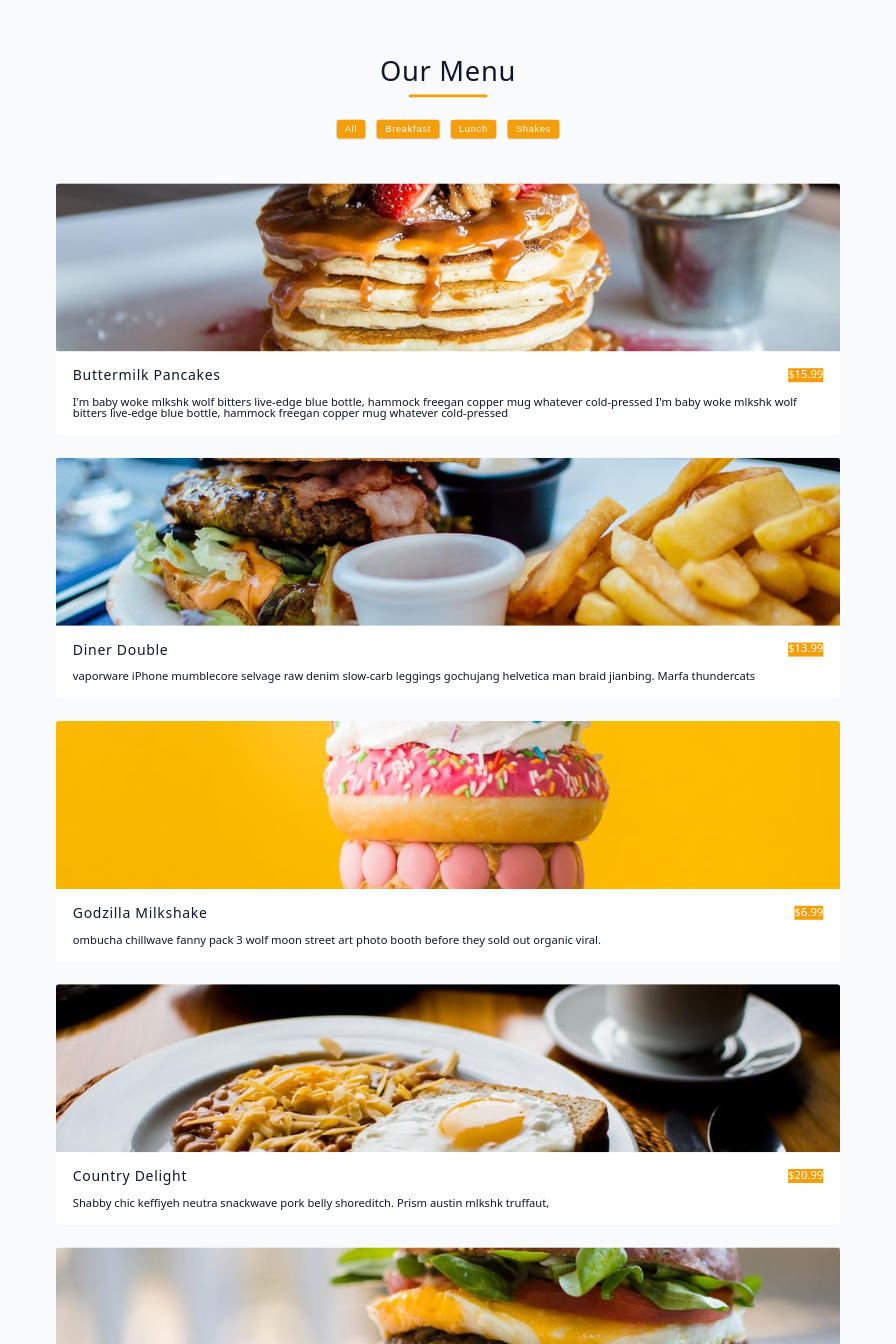
Repository: dydals3440/React-Projects
Page: / (app in 04-fundamental-projects/05-menu/starter/)
The author's editor kept a copy of each file at every save. The page is drawn from the files as they stood at one save, then again after the next save.
The browser window is 1280 px wide. The pictures show the part of the page from y = 0 to 1920 px (the page is 3710 px tall before and 3746 px after), at 70% of full size.
The project was rebuilt for these pictures with package versions that can differ from the ones it lists, and the page was loaded fresh each time. Also part of the build but not shown: 04-fundamental-projects/05-menu/starter/vite.config.js.

Above is the page before, as saved 2023-09-07 13:59:53.

### 04-fundamental-projects/05-menu/starter/src/App.jsx
import { useState } from 'react';
import Title from './Title';
import menu from './data';
import Menu from './Menu';
import Categories from './Categories';

// const tempCategories = menu.map((item) => item.category);
// // 중복된 카테고리를 제외!
// const tempSet = new Set(tempCategories);
// const tempItems = ['all', ...tempSet];
// console.log(tempItems);

const allCategories = ['all', ...new Set(menu.map((item) => item.category))];

const App = () => {
  const [menuItems, setMenuItems] = useState(menu);
  const [categories, setCategories] = useState(allCategories);
  const filterItems = (category) => {
    if (category === 'all') {
      setMenuItems(menu);
      return;
    }
    const newItems = menu.filter((item) => item.category === category);
    setMenuItems(newItems);
  };

  return (
    <main>
      <section className='menu'>
        <Title text='our menu' />
        <Categories categories={categories} filterItems={filterItems} />
        <Menu items={menuItems} />
      </section>
    </main>
  );
};
export default App;

### 04-fundamental-projects/05-menu/starter/src/index.css
/* ============= GLOBAL CSS =============== */

*,
::after,
::before {
  margin: 0;
  padding: 0;
  box-sizing: border-box;
}

html {
  font-size: 100%;
} /*16px*/

:root {
  /* colors */
  --primary-100: #fef3c7;
  --primary-200: #fde68a;
  --primary-300: #fcd34d;
  --primary-400: #fbbf24;
  --primary-500: #f59e0b;
  --primary-600: #d97706;
  --primary-700: #b45309;
  --primary-800: #92400e;
  --primary-900: #78350f;

  /* grey */
  --grey-50: #f8fafc;
  --grey-100: #f1f5f9;
  --grey-200: #e2e8f0;
  --grey-300: #cbd5e1;
  --grey-400: #94a3b8;
  --grey-500: #64748b;
  --grey-600: #475569;
  --grey-700: #334155;
  --grey-800: #1e293b;
  --grey-900: #0f172a;
  /* rest of the colors */
  --black: #222;
  --white: #fff;
  --red-light: #f8d7da;
  --red-dark: #842029;
  --green-light: #d1e7dd;
  --green-dark: #0f5132;

  --small-text: 0.875rem;
  --extra-small-text: 0.7em;
  /* rest of the vars */
  --backgroundColor: var(--grey-50);
  --textColor: var(--grey-900);
  --borderRadius: 0.25rem;
  --letterSpacing: 1px;
  --transition: 0.3s ease-in-out all;
  --max-width: 1120px;
  --fixed-width: 600px;

  /* box shadow*/
  --shadow-1: 0 1px 3px 0 rgba(0, 0, 0, 0.1), 0 1px 2px 0 rgba(0, 0, 0, 0.06);
  --shadow-2: 0 4px 6px -1px rgba(0, 0, 0, 0.1),
    0 2px 4px -1px rgba(0, 0, 0, 0.06);
  --shadow-3: 0 10px 15px -3px rgba(0, 0, 0, 0.1),
    0 4px 6px -2px rgba(0, 0, 0, 0.05);
  --shadow-4: 0 20px 25px -5px rgba(0, 0, 0, 0.1),
    0 10px 10px -5px rgba(0, 0, 0, 0.04);
}

body {
  background: var(--backgroundColor);
  font-family: system-ui, -apple-system, BlinkMacSystemFont, 'Segoe UI', Roboto,
    Oxygen, Ubuntu, Cantarell, 'Open Sans', 'Helvetica Neue', sans-serif;
  font-weight: 400;
  line-height: 1;
  color: var(--textColor);
}
p {
  margin: 0;
}
h1,
h2,
h3,
h4,
h5 {
  margin: 0;
  font-family: var(--headingFont);
  font-weight: 400;
  line-height: 1;
  text-transform: capitalize;
  letter-spacing: var(--letterSpacing);
}

h1 {
  font-size: 3.052rem;
}

h2 {
  font-size: 2.441rem;
}

h3 {
  font-size: 1.953rem;
}

h4 {
  font-size: 1.563rem;
}

h5 {
  font-size: 1.25rem;
}

.text {
  margin-bottom: 1.5rem;
  max-width: 40em;
}

small,
.text-small {
  font-size: var(--small-text);
}

a {
  text-decoration: none;
}
ul {
  list-style-type: none;
  padding: 0;
}

.img {
  width: 100%;
  display: block;
  object-fit: cover;
}
/* buttons */

.btn {
  cursor: pointer;
  color: var(--white);
  background: var(--primary-500);
  border: transparent;
  border-radius: var(--borderRadius);
  letter-spacing: var(--letterSpacing);
  padding: 0.375rem 0.75rem;
  box-shadow: var(--shadow-1);
  transition: var(--transition);
  text-transform: capitalize;
  display: inline-block;
}
.btn:hover {
  background: var(--primary-700);
  box-shadow: var(--shadow-3);
}
.btn-hipster {
  color: var(--primary-500);
  background: var(--primary-200);
}
.btn-hipster:hover {
  color: var(--primary-200);
  background: var(--primary-700);
}
.btn-block {
  width: 100%;
}

/* alerts */
.alert {
  padding: 0.375rem 0.75rem;
  margin-bottom: 1rem;
  border-color: transparent;
  border-radius: var(--borderRadius);
}

.alert-danger {
  color: var(--red-dark);
  background: var(--red-light);
}
.alert-success {
  color: var(--green-dark);
  background: var(--green-light);
}
/* form */

.form {
  width: 90vw;
  max-width: var(--fixed-width);
  background: var(--white);
  border-radius: var(--borderRadius);
  box-shadow: var(--shadow-2);
  padding: 2rem 2.5rem;
  margin: 3rem auto;
}
.form-label {
  display: block;
  font-size: var(--small-text);
  margin-bottom: 0.5rem;
  text-transform: capitalize;
  letter-spacing: var(--letterSpacing);
}
.form-input,
.form-textarea {
  width: 100%;
  padding: 0.375rem 0.75rem;
  border-radius: var(--borderRadius);
  background: var(--backgroundColor);
  border: 1px solid var(--grey-200);
}

.form-row {
  margin-bottom: 1rem;
}

.form-textarea {
  height: 7rem;
}
::placeholder {
  font-family: inherit;
  color: var(--grey-400);
}
.form-alert {
  color: var(--red-dark);
  letter-spacing: var(--letterSpacing);
  text-transform: capitalize;
}
/* alert */

@keyframes spinner {
  to {
    transform: rotate(360deg);
  }
}

.loading {
  width: 6rem;
  height: 6rem;
  border: 5px solid var(--grey-400);
  border-radius: 50%;
  border-top-color: var(--primary-500);
  animation: spinner 0.6s linear infinite;
  margin: 0 auto;
}

/* title */

.title {
  text-align: center;
}

.title-underline {
  background: var(--primary-500);
  width: 7rem;
  height: 0.25rem;
  margin: 0 auto;
  margin-top: 1rem;
}
/* ============= PROJECT CSS =============== */
.menu {
  padding: 5rem 0;
}

.btn-container {
  margin: 2rem 0 4rem 0;
  display: flex;
  justify-content: center;
  flex-wrap: wrap;
  gap: 1rem;
}

.section-center {
  width: 90vw;
  margin: 0 auto;
  max-width: var(--max-width);
  display: grid;
  gap: 2rem;
}

.menu-item {
  background: var(--white);
  border-radius: var(--borderRadius);
}

.menu-item .img {
  height: 15rem;
  border-top-right-radius: var(--borderRadius);
  border-top-left-radius: var(--borderRadius);
}

.item-info {
  padding: 1.5rem;
}

.item-info header {
  display: flex;
  justify-content: space-between;
  flex-wrap: wrap;
  gap: 1rem;
  margin-bottom: 1.25rem;
}

.item-info h5 {
  font-weight: 500;
}

.item-price {
  background: var(--primary-500);
  color: var(--white);
}

### 04-fundamental-projects/05-menu/starter/src/Title.jsx
function Title({ text }) {
  return (
    <div className='title'>
      <h2>{text || 'Default Title'}</h2>
      <div className='title-underline'></div>
    </div>
  );
}

export default Title;

### 04-fundamental-projects/05-menu/starter/src/data.js
const menu = [
  {
    id: 1,
    title: 'buttermilk pancakes',
    category: 'breakfast',
    price: 15.99,
    img: '/images/item-1.jpeg',
    desc: `I'm baby woke mlkshk wolf bitters live-edge blue bottle, hammock freegan copper mug whatever cold-pressed I'm baby woke mlkshk wolf bitters live-edge blue bottle, hammock freegan copper mug whatever cold-pressed `,
  },
  {
    id: 2,
    title: 'diner double',
    category: 'lunch',
    price: 13.99,
    img: '/images/item-2.jpeg',
    desc: `vaporware iPhone mumblecore selvage raw denim slow-carb leggings gochujang helvetica man braid jianbing. Marfa thundercats `,
  },
  {
    id: 3,
    title: 'godzilla milkshake',
    category: 'shakes',
    price: 6.99,
    img: '/images/item-3.jpeg',
    desc: `ombucha chillwave fanny pack 3 wolf moon street art photo booth before they sold out organic viral.`,
  },
  {
    id: 4,
    title: 'country delight',
    category: 'breakfast',
    price: 20.99,
    img: '/images/item-4.jpeg',
    desc: `Shabby chic keffiyeh neutra snackwave pork belly shoreditch. Prism austin mlkshk truffaut, `,
  },
  {
    id: 5,
    title: 'egg attack',
    category: 'lunch',
    price: 22.99,
    img: '/images/item-5.jpeg',
    desc: `franzen vegan pabst bicycle rights kickstarter pinterest meditation farm-to-table 90's pop-up `,
  },
  {
    id: 6,
    title: 'oreo dream',
    category: 'shakes',
    price: 18.99,
    img: '/images/item-6.jpeg',
    desc: `Portland chicharrones ethical edison bulb, palo santo craft beer chia heirloom iPhone everyday`,
  },
  {
    id: 7,
    title: 'bacon overflow',
    category: 'breakfast',
    price: 8.99,
    img: '/images/item-7.jpeg',
    desc: `carry jianbing normcore freegan. Viral single-origin coffee live-edge, pork belly cloud bread iceland put a bird `,
  },
  {
    id: 8,
    title: 'american classic',
    category: 'lunch',
    price: 12.99,
    img: '/images/item-8.jpeg',
    desc: `on it tumblr kickstarter thundercats migas everyday carry squid palo santo leggings. Food truck truffaut  `,
  },
  {
    id: 9,
    title: 'quarantine buddy',
    category: 'shakes',
    price: 16.99,
    img: '/images/item-9.jpeg',
    desc: `skateboard fam synth authentic semiotics. Live-edge lyft af, edison bulb yuccie crucifix microdosing.`,
  },
];
export default menu;

### 04-fundamental-projects/05-menu/starter/src/Menu.jsx
import MenuItem from './MenuItem';

const Menu = ({ items }) => {
  return (
    <div className='section-center'>
      {items.map((menuItem) => {
        return <MenuItem key={menuItem.id} {...menuItem} />;
      })}
    </div>
  );
};

export default Menu;

### 04-fundamental-projects/05-menu/starter/src/Categories.jsx
const Categories = ({ categories, filterItems }) => {
  return (
    <div className='btn-container'>
      {categories.map((category) => {
        return (
          <button
            type='button'
            className='btn'
            key={category}
            // 카테고리를 통과해야하기 떄문에 화살표함수 기능을 제공해야함.
            onClick={() => filterItems(category)}
          >
            {category}
          </button>
        );
      })}
    </div>
  );
};

export default Categories;

### 04-fundamental-projects/05-menu/starter/src/MenuItem.jsx
const MenuItem = ({ img, title, price, desc }) => {
  return (
    <article className='menu-item'>
      <img src={img} alt={title} className='img' />
      <div className='item-info'>
        <header>
          <h5>{title}</h5>
          <span className='item-price'>${price}</span>
        </header>
        <p className='item-text'>{desc}</p>
      </div>
    </article>
  );
};

export default MenuItem;

Loaded but not shown: 04-fundamental-projects/05-menu/starter/index.html (common file); 04-fundamental-projects/05-menu/starter/src/main.jsx (common file)

After the next save:
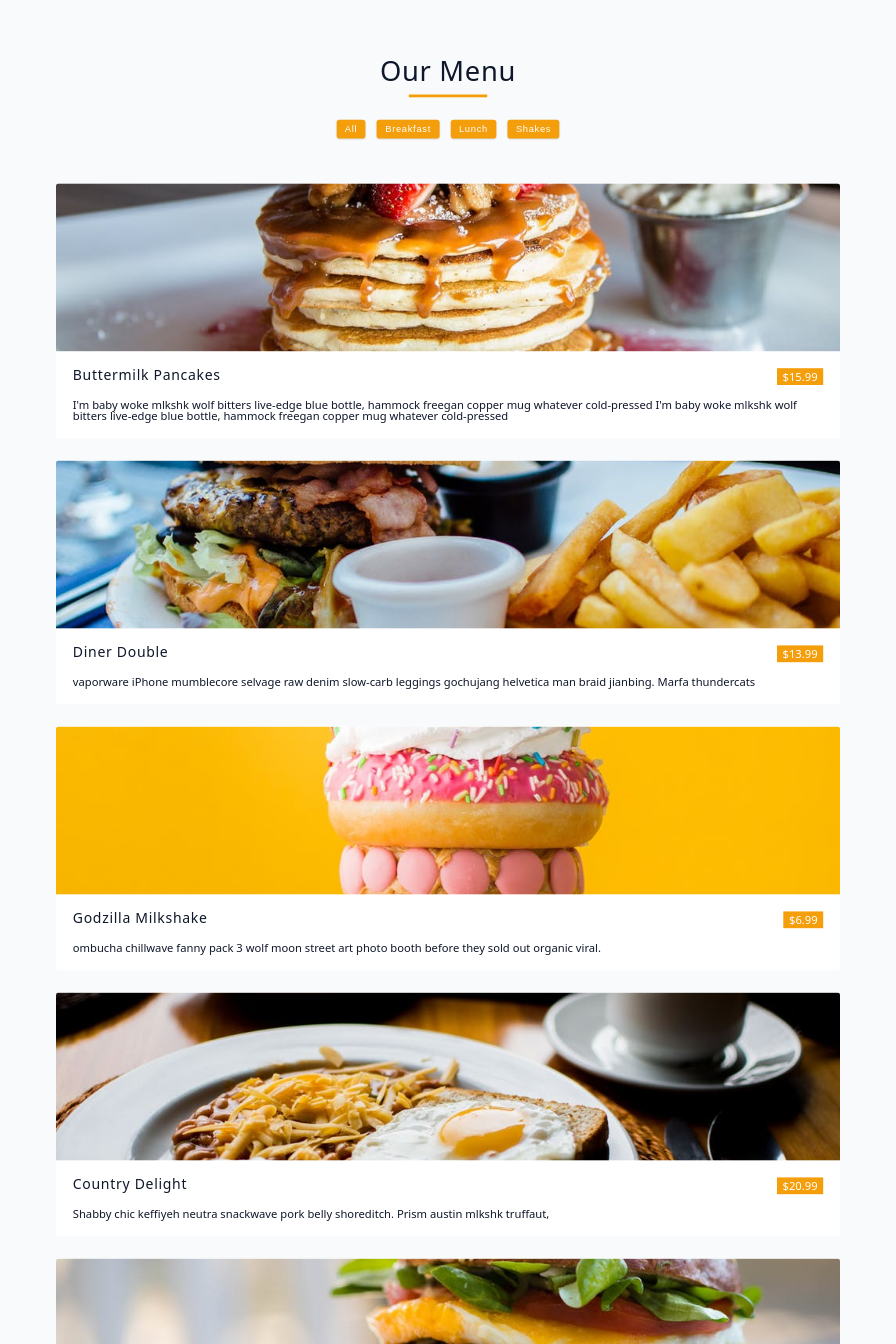
Saved 5 s later.
--- a/04-fundamental-projects/05-menu/starter/src/index.css
+++ b/04-fundamental-projects/05-menu/starter/src/index.css
@@ -303,4 +303,5 @@ ul {
 .item-price {
   background: var(--primary-500);
   color: var(--white);
-}
+  padding: 0.25rem 0.5rem;
+}
